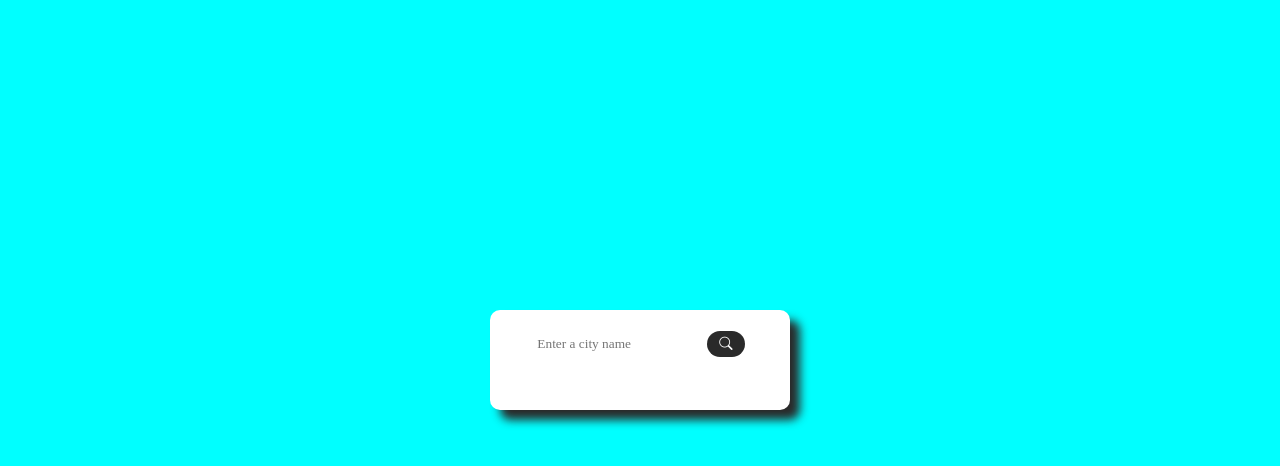
Repository: CrissRT/weather
Page: index.html
These files come from the project's save history. The page is drawn as it stood at one moment and after the next save; the edit follows.
The browser window is 1280 px wide. The pictures show the whole page.
Some web fonts or font styles are not loaded; a fallback is used.

Above is the page before, as saved 2024-06-30 19:07:07.

After the next save:
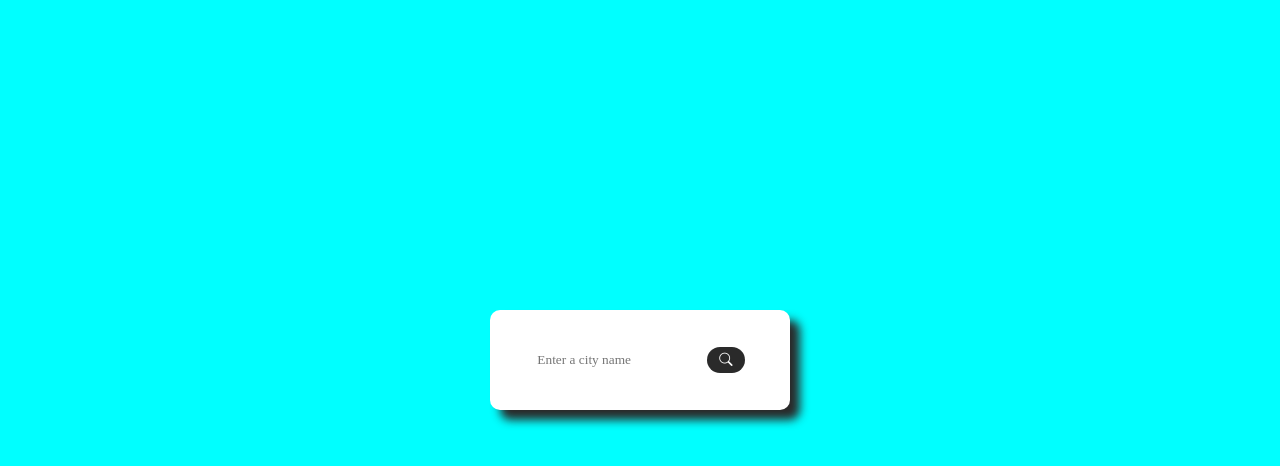
Saved 6 s later.
--- a/style.css
+++ b/style.css
@@ -62,4 +62,6 @@ body {
     cursor: pointer;
 }
 
-#suggestions
+#suggestions {
+    display: none;
+}
